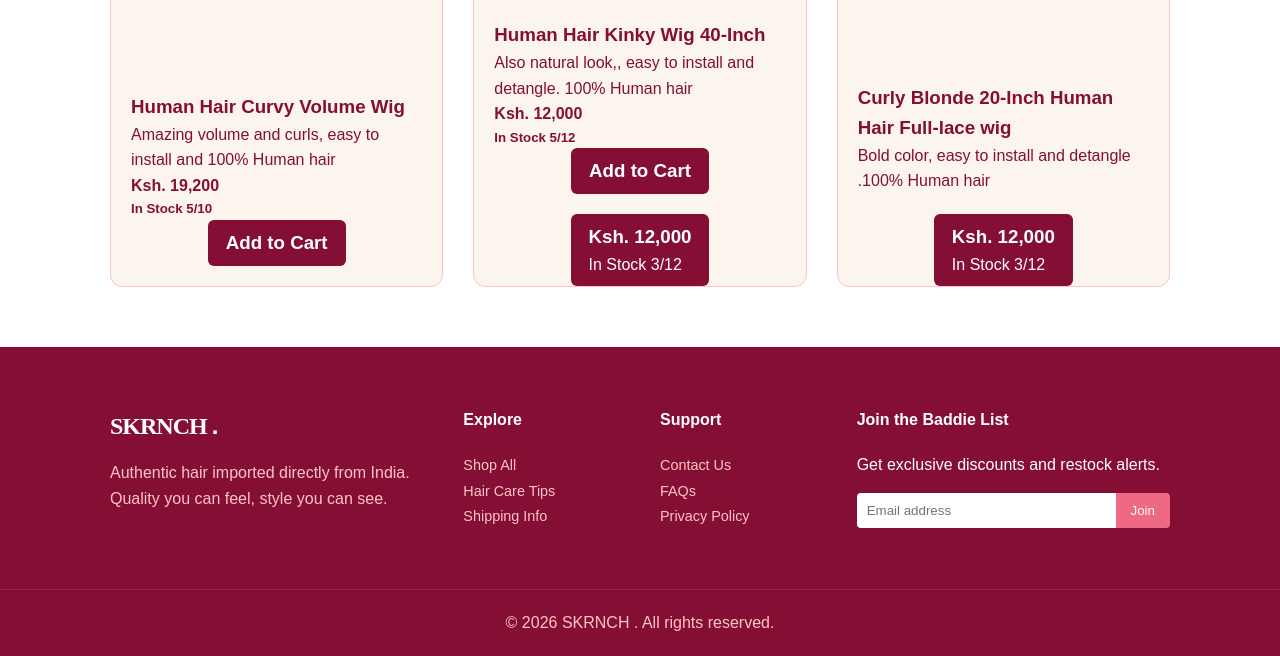
Repository: ndirituart/Portfolio
Page: buywigs.html
These files come from the project's save history. The page is drawn as it stood at one moment and after the next save; the edit follows.
The browser window is 1280 px wide. The pictures show the part of the page from y = 3674 to 4330 px (the page is 4330 px tall before and 4267 px after).

Above is the page before, as saved 2026-01-23 18:47:23.

### buywigs.html
<!DOCTYPE html>
<html lang="en">
<head>
    <meta charset="UTF-8">
    <meta name="viewport" content="width=device-width, initial-scale=1.0">
    <title>SKRNCH  | Premium Indian Hair</title>
</head>
<body>

    <header class="main-header">
        <div class="container">
            <div class="logo">SKRNCH </div>
            <nav>
                <ul>
                    <li> <a href="Homepage.html">Home</a></li>
                    <li><a href="#">Wigs</a></li>
                    <li><a href="about.html" class="btn-small">About Us</a></li>
                </ul>
            </nav>
        </div>
    </header>

    <main>
        <section class="hero" id="home">
            <div class="container">
                <div class="hero-content">
                    <h1>SKRNCH </h1>
                    <p>Stop settling for synthetic. Experience 100% authentic Indian human hair that lasts. Affordable, durable, and made for baddies.</p>
                </div>
            </div>
        </section>

        <section class="media-grid" id="work">
            <div class="container">
                <div class="section-title">
                    <h2>All our Avaiilable Wigs</h2>
                    <p>Premium quality lace fronts and full caps</p>
                </div>

                <div class="grid">
                    <div class="media-card">
                        <div class="image-wrapper">
                            <img src="assets/Black Straight Human Hair 40-Inch Wig.jpeg" alt='Black Straight Human Hair 40-Inch Wig'>
                        </div>
                        <div class="card-content">
                            <h3>Black Straight Human Hair 40-Inch Wig</h3>
                            <p>Thick black straight hair, with curls done ready for wearing. Lace front cap.</p>
                            <h4>Ksh. 15,500</h4>
                            <h5>In Stock 5/10</h5>
                        <div class = btn-small>
                            <h3>Add to Cart</h3>
                        </div>
                        </div>
                    </div>

                    <div class="media-card">
                        <div class="image-wrapper">
                            <img src="assets/Black Watercurl 40-Inch Wig.jpeg" alt='Black Watercurl 40-Inch Wig'>
                        </div>
                        <div class="card-content">
                            <h3>Black Watercurl 40-Inch Wig</h3>
                            <p>Easy to install wig, low manitenance, just needs water spray to activate curls. 100% human hair, no tangles.</p>
                            <h4>Ksh. 4,500</h4>
                            <h5>In Stock 6/10</h5>
                        <div class = btn-small>
                            <h3>Add to Cart</h3>
                        </div>
                        </div>
                    </div>

                    <div class="media-card">
                        <div class="image-wrapper">
                            <img src="assets/Black Wavy Human Hair 40-Inch Wig.jpeg" alt='Black Wavy Human Hair 40-Inch Win'>
                        </div>
                        <div class="card-content">
                            <h3>Black Wavy Human Hair 40-Inch Wi</h3>
                            <p>Long wavy wig, easy to install, volume maintained even when plucked or blown out.</p>
                             <h4>Ksh. 17,500</h4>
                            <h5>In Stock 2/10</h5>
                        <div class = btn-small>
                            <h3>Add to Cart</h3>
                        </div>
                        </div>
                    </div>

                     <div class="media-card">
                        <div class="image-wrapper">
                            <img src="assets/Bone-straight Black Bob Glueless Wig.jpeg" alt='Bone-straight Black Bog Glueless Wig'>
                        </div>
                        <div class="card-content">
                            <h3>Bone-straight Black Bog Glueless Wig</h3>
                        <p> Easy to wear wig, corporate look and amazing volume</p>
                        <h4>Ksh. 12,300</h4>
                            <h5>In Stock 5/15 </h5>
                        <div class = btn-small>
                            <h3>Add to Cart</h3>
                        </div>
                        </div>
                    </div>

                     <div class="media-card">
                        <div class="image-wrapper">
                            <img src="assets/Brazilian 30-Pre-Plucked Frontal Lace Wig.webp" alt='Brazilian 30-Pre-Plucked Frontal Lace Wig'>
                        </div>
                        <div class="card-content">
                            <h3>Brazilian 30-Pre-Plucked Frontal Lace Wig</h3>
                            <p>Easy to install wig, 100% Human hair, easy to detangle and maintain.</p>
                             <h4>Ksh. 17,800</h4>
                            <h5>In Stock 7/255</h5>
                            <div class = btn-small>
                            <h3>Add to Cart</h3>
                            </div>
                        </div>
                    </div>

                     <div class="media-card">
                        <div class="image-wrapper">
                            <img src="assets/Brown Pixie Cut Human Hair Frontal Lace.jpeg" alt='Brown Pixie Cut Human Hair Frontal Lace'>
                        </div>
                        <div class="card-content">
                            <h3>Brown Pixie Cut Human Hair Frontal Lace</h3>
                            <p>Easy to install, low maintenance, chic look and 100% Human hair</p>
                            <h4>Ksh. 3,300</h4>
                            <h5>In Stock 1/10</h5>
                            <div class = btn-small>
                            <h3>Add to Cart</h3>
                            </div>
                        </div>
                    </div>

                    <div class="media-card">
                        <div class="image-wrapper">
                            <img src="assets/Burgundy Human Hair Bonestraight 40-Inch-Frontal.webp" alt='Burgundy Human Hair Bonestraight 40-Inch-Frontal'>
                        </div>
                        <div class="card-content">
                            <h3>Burgundy Human Hair Bonestraight 40-Inch-Frontal</h3>
                            <p>Amazing colour, good volume, easy to install and maintain, 100% Human hair</p>
                            <h4>Ksh. 7,100</h4>
                            <h5>In Stock 8/12</h5>
                            <div class = btn-small>
                            <h3>Add to Cart</h3>
                            </div>
                        </div>
                    </div>

                     <div class="media-card">
                        <div class="image-wrapper">
                            <img src="assets/Burgundy Straight Human Hair 40-Inch Wig.jpeg" alt='Burgundy Straight Human Hair 40-Inch Wig'>
                        </div>
                        <div class="card-content">
                            <h3>Burgundy Straight Human Hair 40-Inch Wig</h3>
                            <p>Easy to install, low maintenance, amazing colour and 100% Human hair</p>
                            <h4>Ksh. 12,500</h4>
                            <h5>In Stock 5/10</h5>
                            <div class = btn-small>
                            <h3>Add to Cart</h3>
                            </div>
                        </div>
                    </div>

                     <div class="media-card">
                        <div class="image-wrapper">
                            <img src="assets/Curly Black 40-Inch Human Hair Full-lace wig.jpeg" alt='Curly Black 40-Inch Human Hair Full-lace wig'>
                        </div>
                        <div class="card-content">
                            <h3>Curly Black 40-Inch Human Hair Full-lace wig</h3>
                            <p>Easy to install, easy to detangle and 100% Human hair</p>
                           <h4>Ksh. 13,500</h4>
                            <h5>In Stock 4/10</h5>
                            <div class = btn-small>
                            <h3>Add to Cart</h3>
                            </div>
                            </div>
                    </div>

                     <div class="media-card">
                        <div class="image-wrapper">
                            <img src="assets/Headband Curly Wig 30-Inches.jpeg" alt='Headband Curly Wig 30-Inches'>
                        </div>
                        <div class="card-content">
                            <h3>Headband Curly Wig 30-Inches</h3>
                            <p>Convenient, wear-and-go wig.100% Human hair</p>
                        <h4>Ksh. 3,500</h4>
                            <h5>In Stock 1/10</h5>
                            <div class = btn-small>
                            <h3>Add to Cart</h3>
                            </div>
                            </div>
                    </div>

                     <div class="media-card">
                        <div class="image-wrapper">
                            <img src="assets/Headband Kinky Wig 20-Inches.jpeg" alt='Headband Kinky Wig 20-Inches'>
                        </div>
                        <div class="card-content">
                            <h3>Headband Kinky Wig 20-Inches</h3>
                            <p>Convenient, wear-and-go wig, easy to detangle, amazing volume and 100% Human hair</p>
                            <h4>Ksh. 4,600</h4>
                            <h5>In Stock 3/10</h5>
                            <div class = btn-small>
                            <h3>Add to Cart</h3>
                            </div>
                            </div>
                    </div>

                     <div class="media-card">
                        <div class="image-wrapper">
                            <img src="assets/Human Hair 20-Inch Glueless Wig With Pre-cut Bangs.webp" alt='Human Hair 20-Inch Glueless Wig With Pre-cut Bangs'>
                        </div>
                        <div class="card-content">
                            <h3>Human Hair 20-Inch Glueless Wig With Pre-cut Bangs</h3>
                            <p>Wear and go wig, sleek look, low maintenance 100% Human hair</p>
                            <h4>Ksh. 8,900</h4>
                            <h5>In Stock 7/15</h5>
                            <div class = btn-small>
                            <h3>Add to Cart</h3>
                            </div>
                        </div>
                    </div>

                    <div class="media-card">
                        <div class="image-wrapper">
                            <img src="assets/Human Hair 20-Inch Glueless Wig.webp" alt='Human Hair 20-Inch Glueless Wig'>
                        </div>
                        <div class="card-content">
                            <h3>Human Hair 20-Inch Glueless Wig</h3>
                            <p>Wear and go wig, sleek look, low maintenance 100% Human hair</p>
                            <h4>Ksh. 9,000</h4>
                            <h5>In Stock 12/20</h5>
                            <div class = btn-small>
                            <h3>Add to Cart</h3>
                            </div>
                        </div>
                    </div>

                     <div class="media-card">
                        <div class="image-wrapper">
                            <img src="assets/Human Hair 40-Inch Glueless Wig.webp" alt='Human Hair 40-Inch Glueless Wig'>
                        </div>
                        <div class="card-content">
                            <h3>Human Hair 40-Inch Glueless Wig</h3>
                            <p>Wear and go wig, sleek look, low maintenance 100% Human hair</p>
                             <h4>Ksh. 12,000</h4>
                            <h5>In Stock 12/15</h5>
                            <div class = btn-small>
                            <h3>Add to Cart</h3>
                            </div>
                        </div>
                    </div>

                     <div class="media-card">
                        <div class="image-wrapper">
                            <img src="assets/Human Hair Bonestraight 40-Inch-Frontal.webp" alt='Human Hair Bonestraight 40-Inch-Frontal'>
                        </div>
                        <div class="card-content">
                            <h3>Human Hair Bonestraight 40-Inch-Frontal</h3>
                            <p>Amazing volume and length, easy to install and 100% Human hair</p>
                             <h4>Ksh. 16,800</h4>
                            <h5>In Stock 3/12</h5>
                            <div class = btn-small>
                            <h3>Add to Cart</h3>
                            </div>
                        </div>
                    </div>

                    <div class="media-card">
                        <div class="image-wrapper">
                            <img src="assets/Human Hair Curvy Volume Wig.webp" alt='Human Hair Curvy Volume Wig'>
                        </div>
                        <div class="card-content">
                            <h3>Human Hair Curvy Volume Wig</h3>
                            <p>Amazing volume and curls, easy to install and 100% Human hair</p>
                             <h4>Ksh. 19,200</h4>
                            <h5>In Stock 5/10</h5>
                            <div class = btn-small>
                            <h3>Add to Cart</h3>
                            </div>
                        </div>
                    </div>

                     <div class="media-card">
                        <div class="image-wrapper">
                            <img src="assets/Human Hair Kinky Wig 40-Inch.webp" alt='Human Hair Kinky Wig 40-Inch'>
                        </div>
                        <div class="card-content">
                            <h3>Human Hair Kinky Wig 40-Inch</h3>
                            <p>Also natural look,, easy to install and detangle. 100% Human hair</p>
                             <h4>Ksh. 12,000</h4>
                            <h5>In Stock 5/12</h5>
                            <div class = btn-small>
                            <h3>Add to Cart</h3>
                            </div>
                        </div>
                         <div class = btn-small>
                            <h3>Ksh. 12,000</h3>
                            <p>In Stock 3/12</p>
                        </div>
                    </div>

                    <div class="media-card">
                        <div class="image-wrapper">
                            <img src="assets/Curly Blonde 20-Inch Human Hair Full-lace wig.jpeg" alt='Curly Blonde 20-Inch Human Hair Full-lace wig'>
                        </div>
                        <div class="card-content">
                            <h3>Curly Blonde 20-Inch Human Hair Full-lace wig</h3>
                            <p>Bold color, easy to install and detangle .100% Human hair</p>
                        </div>
                         <div class = btn-small>
                            <h3>Ksh. 12,000</h3>
                            <p>In Stock 3/12</p>
                        </div>
                    </div>

                </div>
            </div>
        </section>
    </main>

    <footer class="main-footer">
        <div class="container footer-grid">
            <div class="footer-brand">
                <div class="logo" style="color: white;">SKRNCH <span>.</span></div>
                <p>Authentic hair imported directly from India. Quality you can feel, style you can see.</p>
            </div>
            <div class="footer-links">
                <h4>Explore</h4>
                <ul>
                    <li><a href="#">Shop All</a></li>
                    <li><a href="#">Hair Care Tips</a></li>
                    <li><a href="#">Shipping Info</a></li>
                </ul>
            </div>
            <div class="footer-links">
                <h4>Support</h4>
                <ul>
                    <li><a href="#">Contact Us</a></li>
                    <li><a href="#">FAQs</a></li>
                    <li><a href="#">Privacy Policy</a></li>
                </ul>
            </div>
            <div class="footer-contact">
                <h4>Join the Baddie List</h4>
                <p>Get exclusive discounts and restock alerts.</p>
                <div class="input-group">
                    <input type="email" placeholder="Email address">
                    <button>Join</button>
                </div>
            </div>
        </div>
        <div class="footer-bottom">
            <p>&copy; 2026 SKRNCH . All rights reserved.</p>
        </div>
    </footer>

</body>
</html>

<style>
    /* Color Palette: https://colorhunt.co/palette/fcf5eeffc4c4ee6983850e35 */
:root {
    --cream: #FCF5EE;
    --pink: #FFC4C4;
    --rose: #EE6983;
    --burgundy: #850E35;
    --max-width: 1100px;
}

* {
    margin: 0;
    padding: 0;
    box-sizing: border-box;
    font-family: 'Princess Siena', sans-serif;
}

body {
    background-color: var(--cream);
    color: var(--burgundy);
    line-height: 1.6;
}

.container {
    max-width: var(--max-width);
    margin: 0 auto;
    padding: 0 20px;
}

/* --- HEADER STYLING (Restored & Enhanced) --- */
.main-header {
    background: white;
    padding: 20px 0;
    position: sticky;
    top: 0;
    z-index: 1000;
    border-bottom: 2px solid var(--pink);
}

.main-header .container {
    display: flex;
    justify-content: space-between;
    align-items: center;
}

.logo {
    font-size: 1.5rem;
    font-weight: 800;
    color: var(--burgundy);
    letter-spacing: -1px;
    font-family: 'Princess Siena';
}

nav ul {
    display: flex;
    list-style: none;
    align-items: center;
}

nav ul li { margin-left: 25px; }

nav ul li a {
    text-decoration: none;
    color: var(--burgundy);
    font-weight: 600;
    transition: 0.3s;
}

.h4{
    color: var(--burgundy);
    font-weight: 600;
    transition: 0.3s;
    justify-content: center;
}

.h5{
    color: var(--burgundy);
    font-weight: 400;
    transition: 0.3s;
    align-self: center;
}

.btn-small {
    background: var(--burgundy);
    color: white !important;
    padding: 8px 18px;
    border-radius: 6px;
    align-self: center;
}

nav ul li a:hover, .btn-small:hover {
    background: var(--rose);
    color: white !important;
}

/* --- HERO & VIDEO --- */
.hero {
    padding: 80px 0;
    text-align: center;
}

.video-container {
    width: 60%; /* Keeps it centered and not too huge */
    margin: 40px auto 0;
    border-radius: 12px;
    overflow: hidden;
    background: #000;
    aspect-ratio: 16 / 9;
}

video {
    width: 100%;
    height: 100%;
}

/* --- GRID & CARDS (The "Slide" Fix) --- */
.media-grid {
    padding: 60px 0;
    background: white;
}

.grid {
    display: grid;
    grid-template-columns: repeat(auto-fit, minmax(300px, 1fr));
    gap: 30px;
    margin-top: 40px;
}

.media-card {
    background: var(--cream);
    border-radius: 12px;
    overflow: hidden;
    display: flex;
    flex-direction: column; /* Keeps text at the bottom */
    border: 1px solid var(--pink);
}

.image-wrapper {
    width: 100%;
    height: 300px;
    overflow: hidden;
    position: relative;
}

.image-wrapper img {
    width: 100%;
    height: 100%;
    object-fit: cover;
    /* Slide animation from Right to Left */
    animation: slideFromRight 1.5s ease-out;
}

@keyframes slideFromRight {
    from { transform: translateX(100%); opacity: 0; }
    to { transform: translateX(0); opacity: 1; }
}

.card-content {
    padding: 20px;
    flex-grow: 1; /* Pushes content to fill space */
    display: flex;
    flex-direction: column;
    justify-content: flex-end; /* Strictly aligns text to the bottom */
}

/* --- FOOTER STYLING (Restored) --- */
.main-footer {
    background: var(--burgundy);
    color: white;
    padding: 60px 0 20px;
}

.footer-grid {
    display: grid;
    grid-template-columns: 2fr 1fr 1fr 2fr;
    gap: 40px;
}

.footer-brand p { color: var(--pink); margin-top: 15px; }

.footer-links h4, .footer-contact h4 { margin-bottom: 20px; color: white; }

.footer-links ul { list-style: none; }

.footer-links ul li a {
    color: var(--pink);
    text-decoration: none;
    font-size: 0.9rem;
}

.input-group {
    display: flex;
    margin-top: 15px;
}

.input-group input {
    padding: 10px;
    border: none;
    border-radius: 4px 0 0 4px;
    flex: 1;
}

.input-group button {
    padding: 10px 15px;
    background: var(--rose);
    border: none;
    color: white;
    border-radius: 0 4px 4px 0;
    cursor: pointer;
}

.footer-bottom {
    text-align: center;
    margin-top: 60px;
    padding-top: 20px;
    border-top: 1px solid rgba(255,255,255,0.1);
    color: var(--pink);
}
</style>

After the next save:
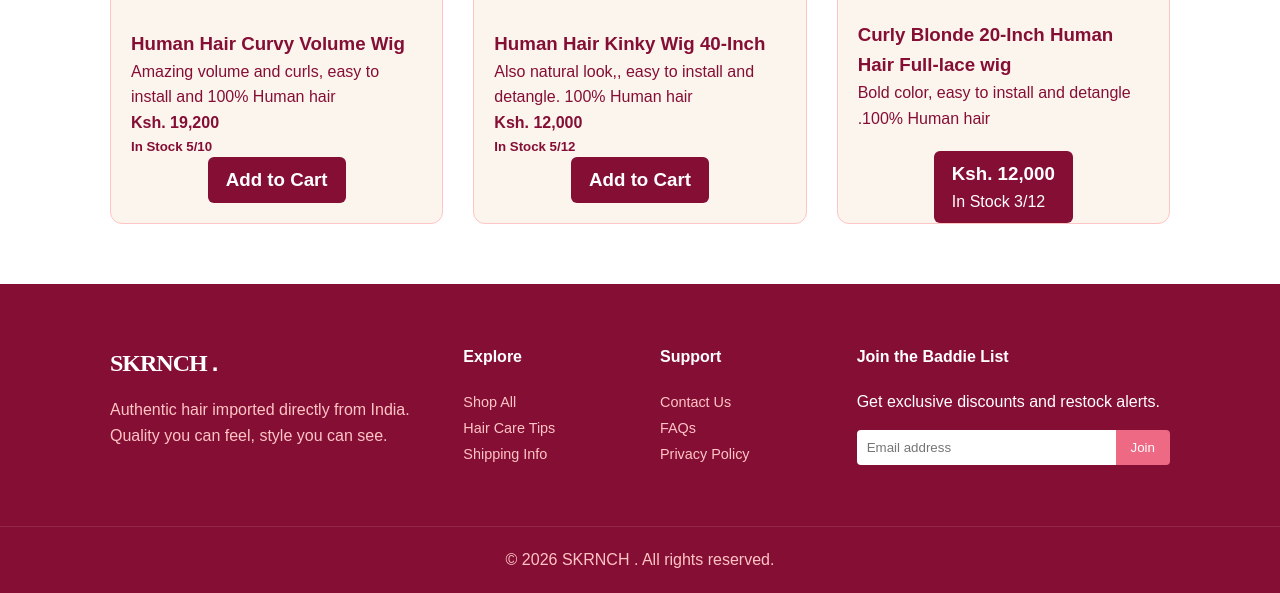
Saved 5 s later.
--- a/buywigs.html
+++ b/buywigs.html
@@ -290,10 +290,6 @@
                             <div class = btn-small>
                             <h3>Add to Cart</h3>
                             </div>
-                        </div>
-                         <div class = btn-small>
-                            <h3>Ksh. 12,000</h3>
-                            <p>In Stock 3/12</p>
                         </div>
                     </div>
 
